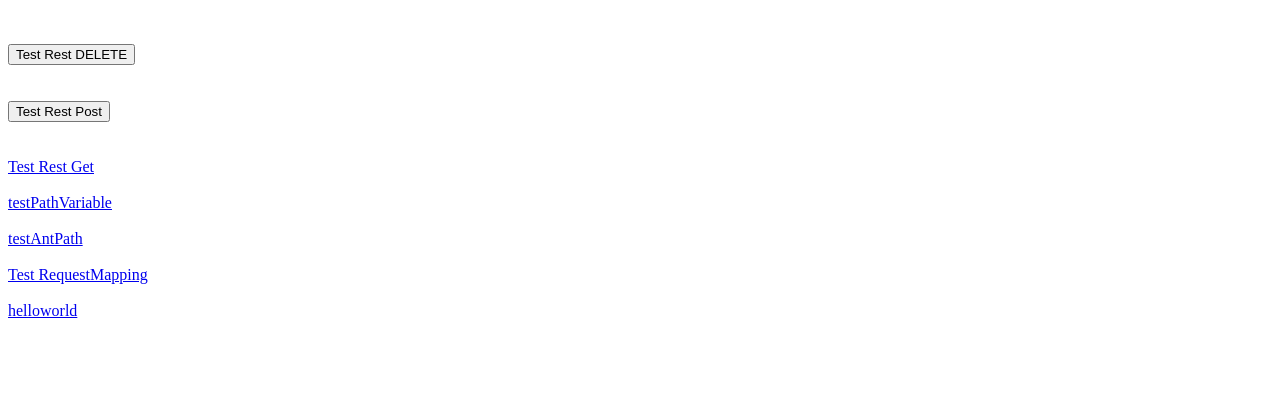
Repository: lhang662543608/Java-Study
Page: http://localhost/springmvc/
The author's editor kept a copy of each file at every save. The page is drawn from the files as they stood at one save, then again after the next save.
The browser window is 1280 px wide. The pictures show the whole page.
The page is served by Tomcat 9.

Above is the page before, as saved 2020-07-13 09:20:47.

After the next save:
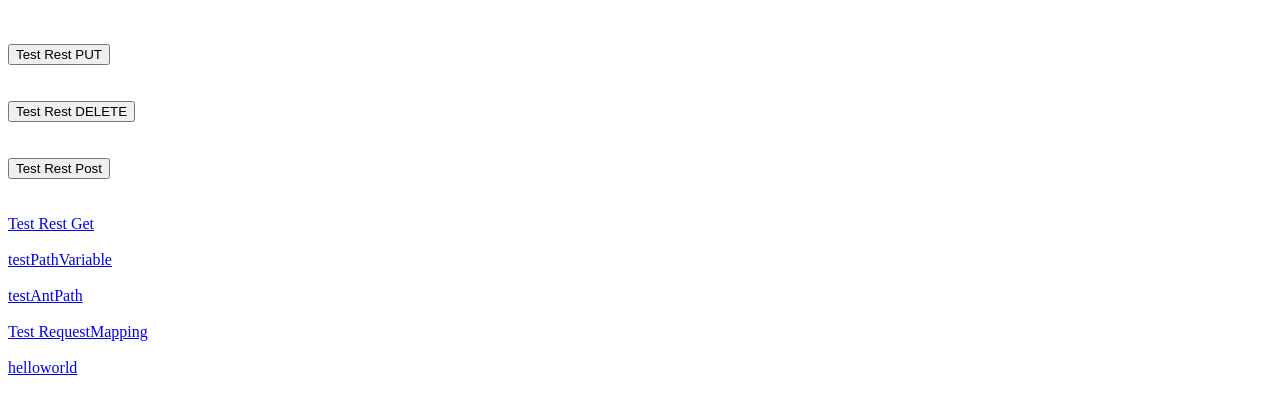
Saved 44 s later.
--- a/SpringMVC/springmvc/WebContent/index.jsp
+++ b/SpringMVC/springmvc/WebContent/index.jsp
@@ -9,7 +9,13 @@
 <body>
 	<br />
 	<br />
-	<form action="springmvc/testRest" method="post">
+	<form action="springmvc/testRest/1" method="post">
+		<input type="hidden" name="_method" value="PUT"/>
+		<input type="submit" value="Test Rest PUT" />
+	</form>
+	<br />
+	<br />
+	<form action="springmvc/testRest/1" method="post">
 		<input type="hidden" name="_method" value="DELETE"/>
 		<input type="submit" value="Test Rest DELETE" />
 	</form>
